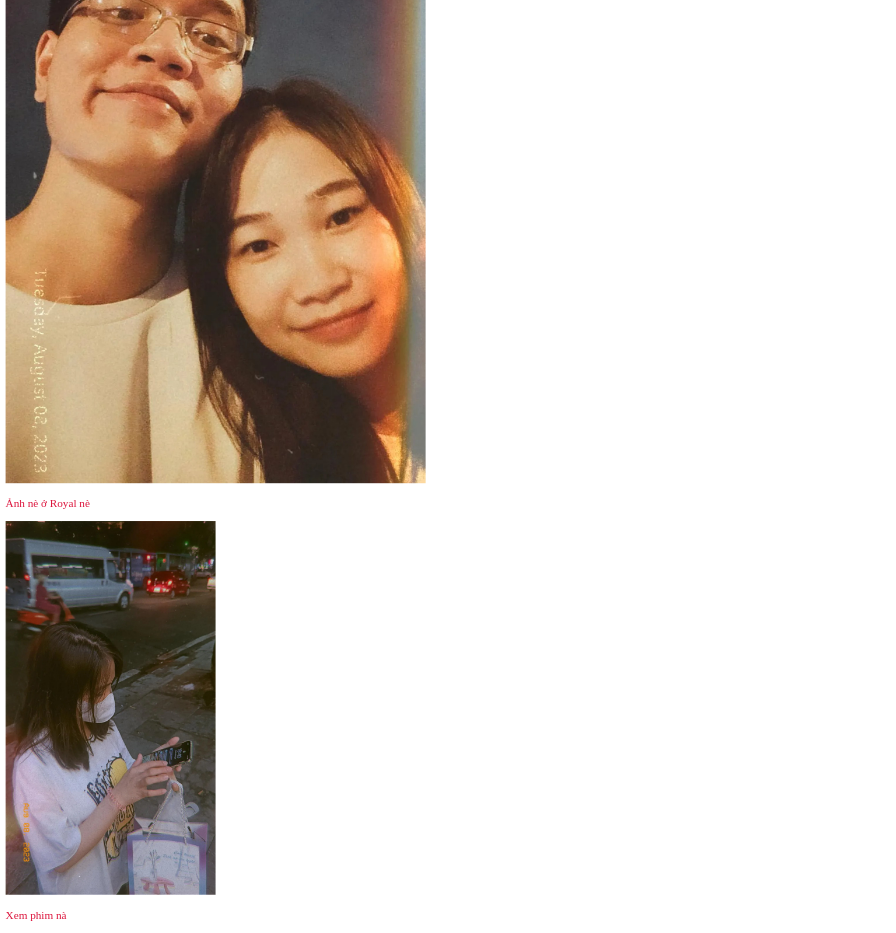
Repository: Hanhanh06/0907
Page: code/0908.html
An editor plug-in stored every save of this project. The page is shown before and after a run of saves, followed by the edit.
The browser window is 1280 px wide. The pictures show the part of the page from y = 4045 to 5965 px (the page is 5378 px tall before and 5965 px after), at 70% of full size.

Above is the page before, as saved 2023-08-09 21:45:41.

### code/0908.html
<!DOCTYPE html>
<html lang="en">
<head>
    <meta charset="UTF-8">
    <meta name="viewport" content="width=device-width, initial-scale=1.0">
    <title>Document</title>
</head>

        <head>
        <style>
        div {
          width: 100px;
          height: 50px;
          background-color: red;
          font-weight: bold;
          position: relative;
          animation: mymove 5s infinite;
        }

        #div1 {animation-timing-function: linear;}
        #div2 {animation-timing-function: ease;}
        #div3 {animation-timing-function: ease-in;}
        #div4 {animation-timing-function: ease-out;}
        #div5 {animation-timing-function: ease-in-out;}

        @keyframes mymove {
          from {left: 0px;}
          to {left: 300px;}
        }
        </style>
        </head>
        <body>

       <div id="div1"> <img src="01.jpg" alt="Hình ảnh không tồn tại" width="300px"> </div>

       <img src="001.jpg" alt="Hình ảnh không tồn tại" width="600px">
       <p style="color: crimson;font-size: 16px;"> Cậu cười gì tớ hic </p>
       <img src="002.jpg" alt="Hình ảnh không tồn tại" width="600px">
       <p style="color: crimson;font-size: 16px;"> Trông cũm xinhhhh </p>
       <img src="003.jpg" alt="Hình ảnh không tồn tại" width="600px">
       <p style="color: crimson;font-size: 16px;"> Ảnh nè ở Royal nè</p>
       <img src="004.jpg" alt="Hình ảnh không tồn tại" width="300px">
       <p style="color: crimson;font-size: 16px;"> Xem phim nà </p>
       <img src="005.jpg" alt="Hình ảnh không tồn tại" width="600px">
       <p style="color: crimson;font-size: 16px;"> Trông cũm xinhhhh </p>
       <img src="006.jpg" alt="Hình ảnh không tồn tại" width="600px">
       <p style="color: crimson;font-size: 16px;"> Ảnh nè ở Royal nè</p>
       <img src="007.jpg" alt="Hình ảnh không tồn tại" width="300px">
       <p style="color: crimson;font-size: 16px;"> Xem phim nà </p>


</body>
</html>

After the next 2 saves:
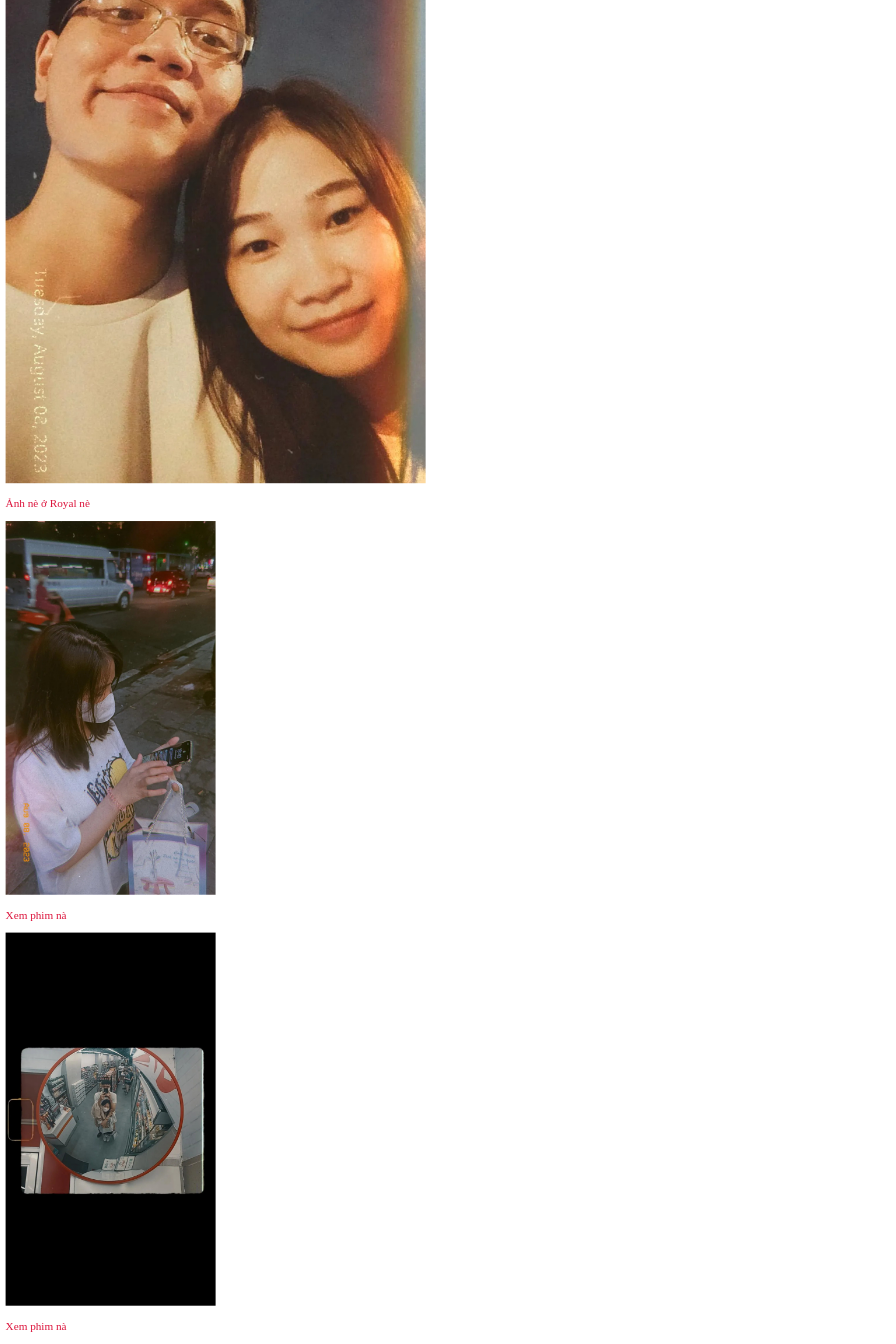
The 2 saves are shown as one change because they came seconds apart.
The last was saved 12 s later.
--- a/code/0908.html
+++ b/code/0908.html
@@ -47,6 +47,8 @@
        <p style="color: crimson;font-size: 16px;"> Ảnh nè ở Royal nè</p>
        <img src="007.jpg" alt="Hình ảnh không tồn tại" width="300px">
        <p style="color: crimson;font-size: 16px;"> Xem phim nà </p>
+       <img src="008.jpg" alt="Hình ảnh không tồn tại" width="300px">
+       <p style="color: crimson;font-size: 16px;"> Xem phim nà </p>
 
 
 </body>
